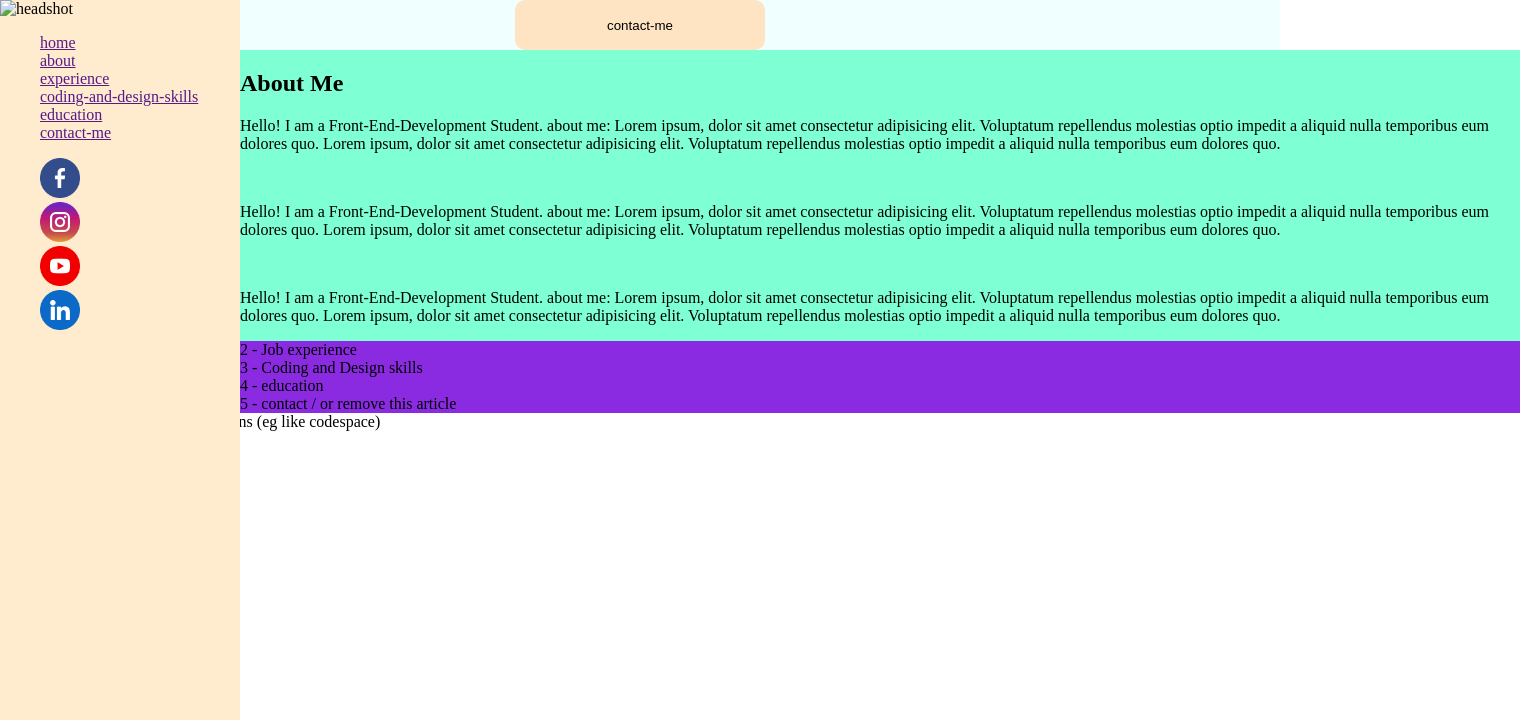
Repository: WesleyErasmus/MyDigitalResume-5
Page: index.html
These files come from the project's save history. The page is drawn as it stood at one moment and after the next save; the edit follows.
The browser window is 1280 px wide. The page is 1520 px wide, then 1500 px, so the pictures cover 1520 px, including what lies to the right of the window. The pictures show the whole page.

Above is the page before, as saved 2022-02-22 15:05:57.

After the next save:
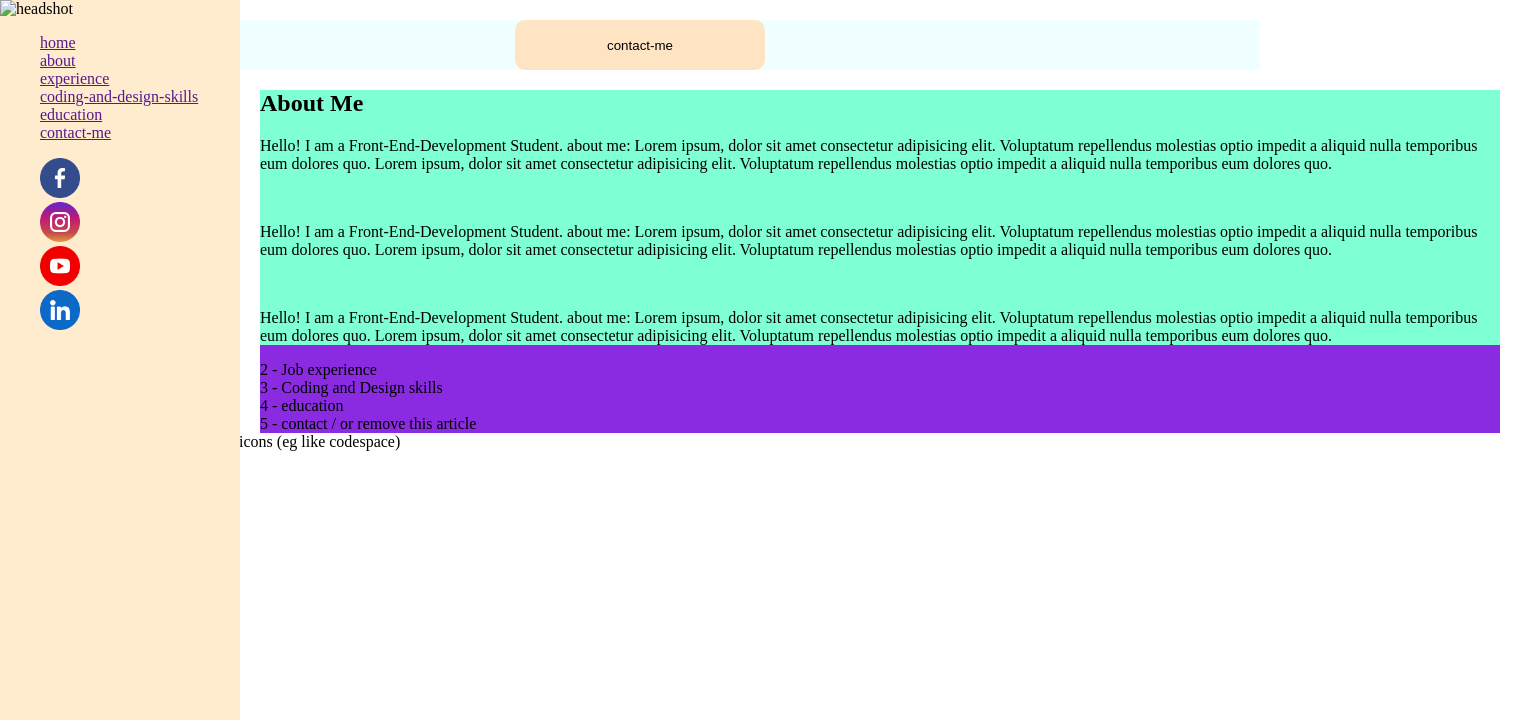
Saved 24 s later.
--- a/stylesheet.css
+++ b/stylesheet.css
@@ -4,7 +4,7 @@
 }
 body {
     margin: 0;
-    padding: 0;
+    padding: 20px;
 }
 header {
     background-color: azure;
@@ -40,5 +40,4 @@ article.about-me {
     /* position: relative; */
     /* left: 240px; */
     background-color: aquamarine;
-    overflow-x: hidden;
 }
